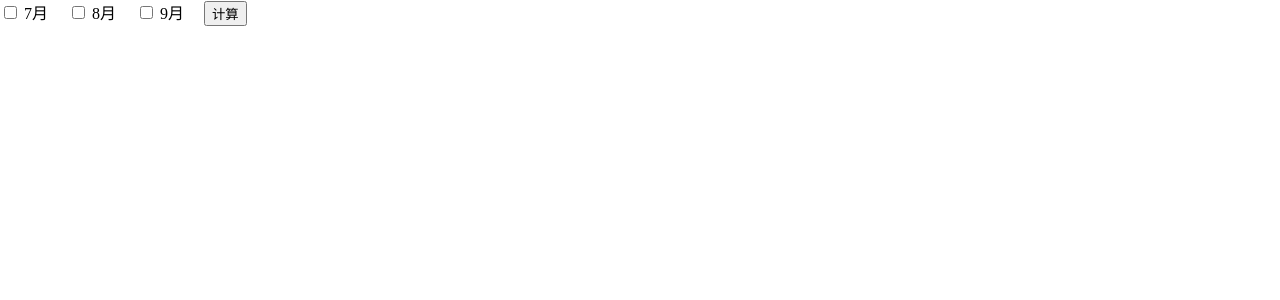
Repository: laiwenfeng/Luosu
Page: app/view/monthdata.html
An editor plug-in stored every save of this project. The page is shown before and after the next save, followed by the edit.
The browser window is 1280 px wide. The pictures show the whole page.

Above is the page before, as saved 2020-10-10 09:33:52.

After the next save:
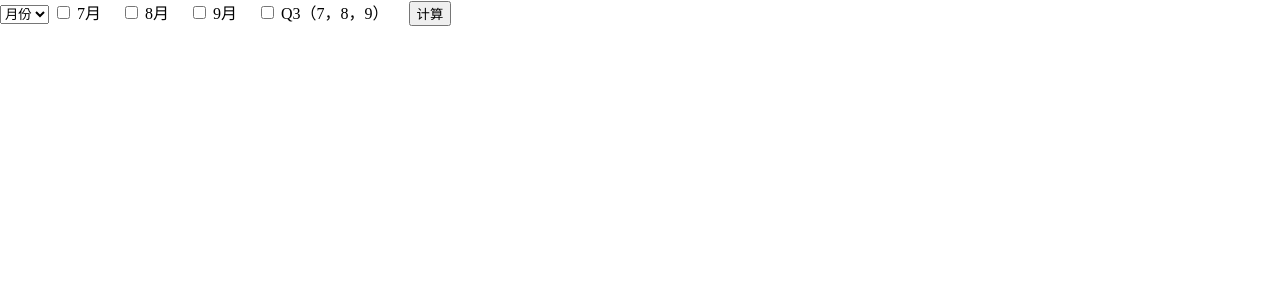
Saved 4 min 3 s later.
--- a/app/view/monthdata.html
+++ b/app/view/monthdata.html
@@ -16,12 +16,18 @@
 
     <body>
         <div>
+            <select id="datetype">
+                <option>月份</option>
+                <option>季度</option>
+            </select>
             <input id="month7" name="month" type="checkbox" value="7" />
             <label for="month7">7月</label>&nbsp;&nbsp;&nbsp;&nbsp;
             <input id="month8" name="month" type="checkbox" value="8" />
             <label for="month8">8月</label>&nbsp;&nbsp;&nbsp;&nbsp;
             <input id="month9" name="month" type="checkbox" value="9" />
             <label for="month9">9月</label>&nbsp;&nbsp;&nbsp;&nbsp;
+            <input id="season3" name="season" type="checkbox" value="7,8,9" />
+            <label for="month9">Q3（7，8，9）</label>&nbsp;&nbsp;&nbsp;&nbsp;
             <button onclick="Monthdata()">计算</button>
         </div>
         <div id="monthdata"></div>
